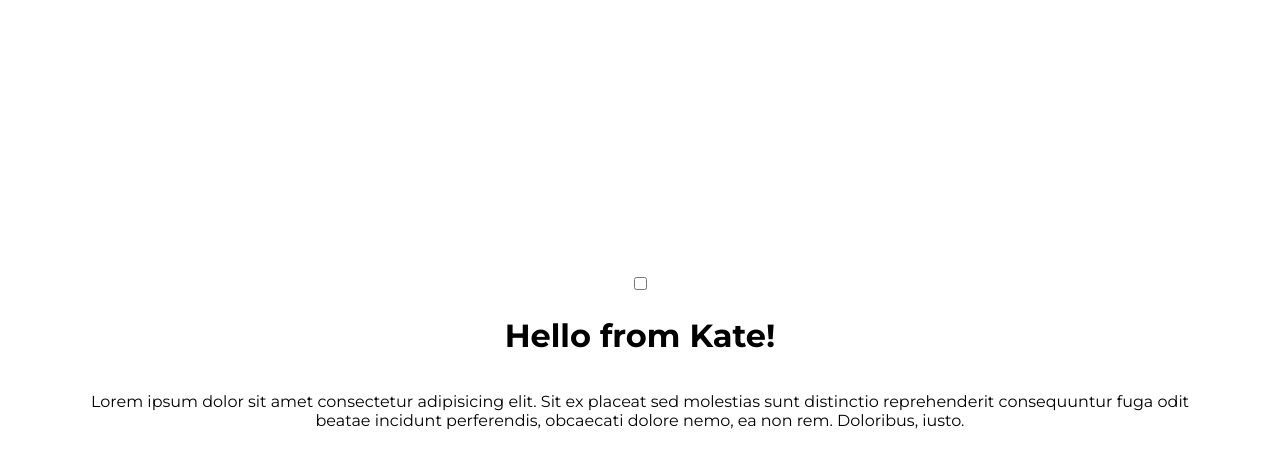
Repository: kate30980/js-practice
Page: dark-mode-toggles/index.html
These files come from the project's save history. The page is drawn as it stood at one moment and after the next save; the edit follows.
The browser window is 1280 px wide. The pictures show the whole page.

Above is the page before, as saved 2021-08-29 00:12:45.

After the next save:
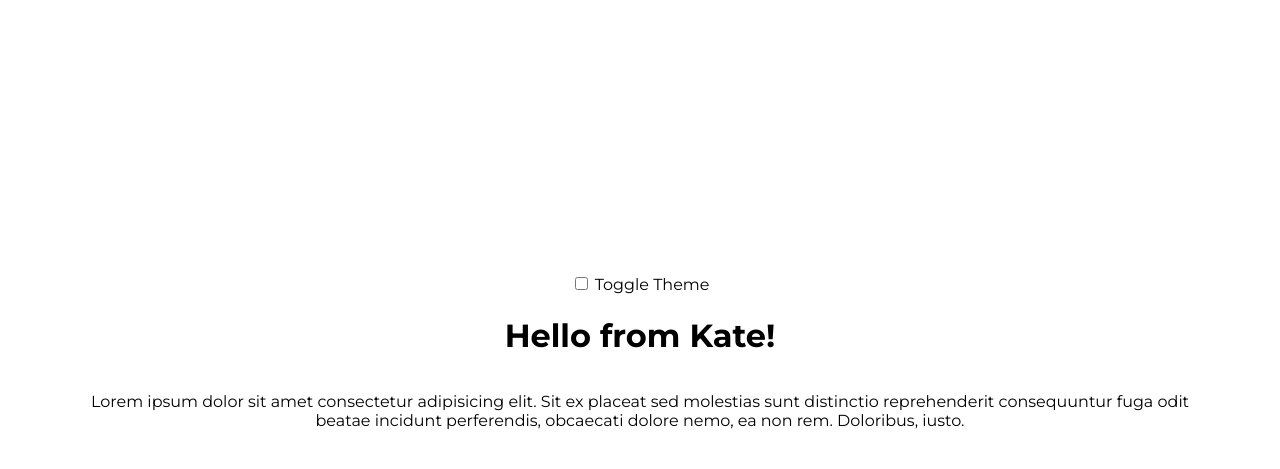
Saved 24 s later.
--- a/dark-mode-toggles/index.html
+++ b/dark-mode-toggles/index.html
@@ -13,6 +13,7 @@
 <body>
     <div>
         <input type="checkbox" name="toggle" id="toggle">
+        <label for="toggle">Toggle Theme</label>
     </div>
     <h1>Hello from Kate!</h1>
     <p>Lorem ipsum dolor sit amet consectetur adipisicing elit. Sit ex placeat sed molestias sunt distinctio
